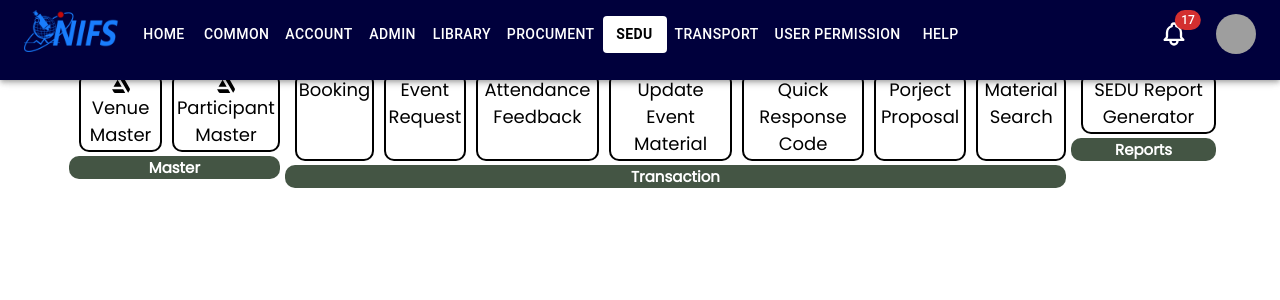
Repository: virangaj/NIFS-WebApp
Page: /sedu (app in client/)
These files come from the project's save history. The page is drawn as it stood at one moment and after the next save; the edit follows.
The browser window is 1280 px wide. The pictures show the whole page.
Pictures or frames that could not be fetched are drawn as grey boxes. The project was rebuilt for these pictures with package versions that can differ from the ones it lists, and the page was loaded fresh each time. Also part of the build but not shown: client/src/pages/Login.tsx, client/src/pages/Home.tsx, client/src/components/Transport/shared/TransportNavbar.js, client/src/pages/TransportMainPage.tsx, client/src/pages/CommonMainPage.tsx, client/src/pages/AccountMainPage.tsx, client/src/pages/AdminMainPage.tsx, client/src/pages/LibraryMainPage.js and 4 more.

Above is the page before, as saved 2022-07-27 00:53:30.

After the next save:
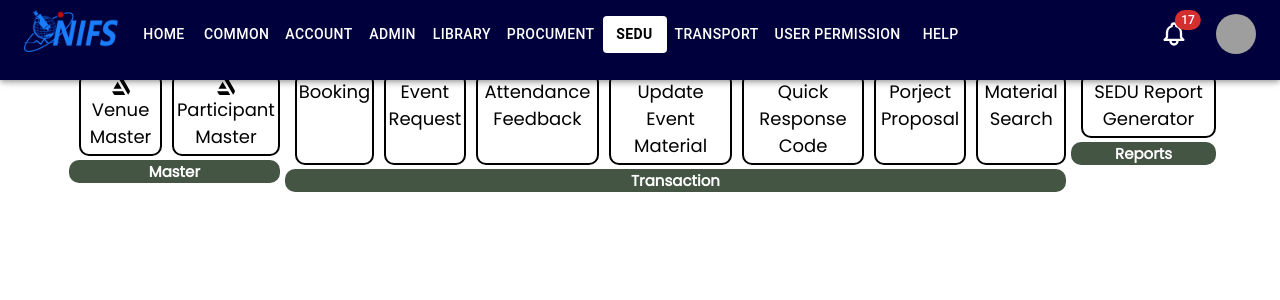
Saved 17 s later.
--- a/client/src/index.css
+++ b/client/src/index.css
@@ -69,7 +69,7 @@ body {
   margin-left: 10px;
   margin-left: 10px;
   border: 2px solid #000;
-  padding: 2px;
+  padding: 4px 2px 4px 2px;
   margin-bottom: 4px;
   text-align: center;
   border-radius: var(--border-radius);
